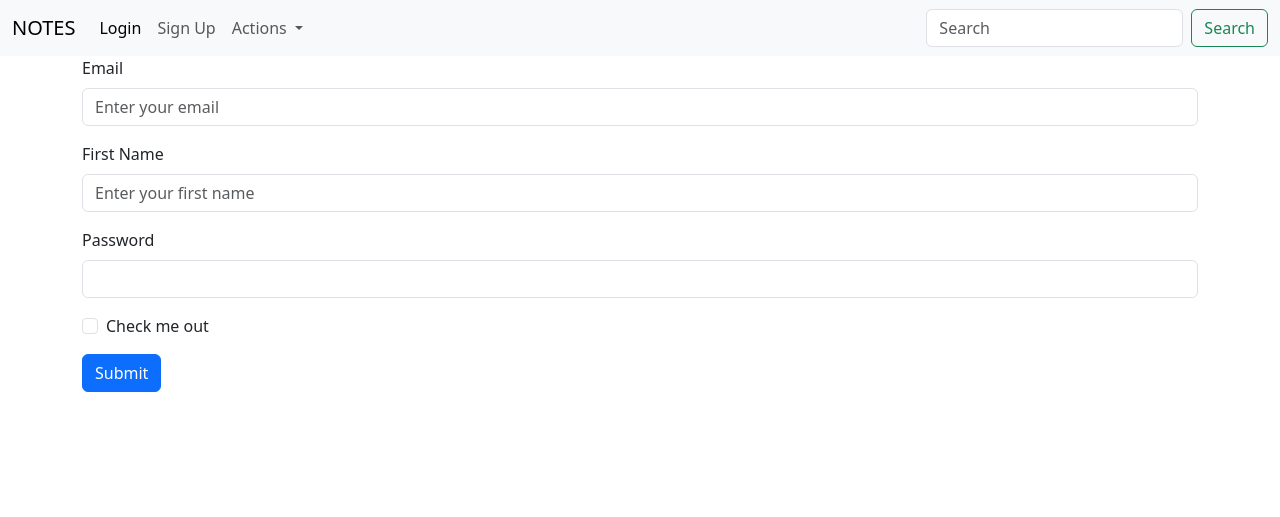
Repository: Qu4ntumGuy/flask-notes
Page: http://localhost/signup
These files come from the project's save history. The page is drawn as it stood at one moment and after the next save; the edit follows.
The browser window is 1280 px wide. The pictures show the whole page.
The page is served by the project's application, run on Flask 3 (website/__init__.py). Other server files are loaded and not shown.

Above is the page before, as saved 2024-05-30 19:19:37.

### website/templates/signup.html
{%extends "index.html" %} {% block title %} Sign Up {% endblock %}

{% block content %}
<form method="post">
    <div class="mb-3">
      <label for="email" class="form-label">Email</label>
      <input type="email" class="form-control" id="email" aria-describedby="emailHelp" name="email" placeholder="Enter your email">
    </div>
    <div class="mb-3">
        <label for="firstName" class="form-label">First Name</label>
        <input type="text" class="form-control" id="firstName" aria-describedby="emailHelp" name="firstName" placeholder="Enter your first name">
      </div>
    <div class="mb-3">
      <label for="exampleInputPassword1" class="form-label">Password</label>
      <input type="password" class="form-control" id="exampleInputPassword1">
    </div>
    <div class="mb-3 form-check">
      <input type="checkbox" class="form-check-input" id="exampleCheck1">
      <label class="form-check-label" for="exampleCheck1">Check me out</label>
    </div>
    <button type="submit" class="btn btn-primary">Submit</button>
  </form>
{% endblock %}

### website/templates/index.html
<!DOCTYPE html>
<html lang="en">
<head>
    <meta charset="UTF-8">
    <meta name="viewport" content="width=device-width, initial-scale=1.0">
    <link rel="stylesheet" href="https://cdn.jsdelivr.net/npm/bootstrap@5.3.3/dist/css/bootstrap.min.css">
    <title>{% block title %} Home {%endblock %} </title>
</head>
<body>
    <nav class="navbar navbar-expand-lg bg-body-tertiary">
        <div class="container-fluid">
          <a class="navbar-brand" href="/">NOTES</a>
          <button class="navbar-toggler" type="button" data-bs-toggle="collapse" data-bs-target="#navbarSupportedContent" aria-controls="navbarSupportedContent" aria-expanded="false" aria-label="Toggle navigation">
            <span class="navbar-toggler-icon"></span>
          </button>
          <div class="collapse navbar-collapse" id="navbarSupportedContent">
            <ul class="navbar-nav me-auto mb-2 mb-lg-0">
              <li class="nav-item">
                <a class="nav-link active" aria-current="page" href="/login">Login</a>
              </li>
              <li class="nav-item">
                <a class="nav-link" href="/signup">Sign Up</a>
              </li>
              <li class="nav-item dropdown">
                <a class="nav-link dropdown-toggle" href="#" role="button" data-bs-toggle="dropdown" aria-expanded="false">
                  Actions
                </a>
                <ul class="dropdown-menu">
                  <li><a class="dropdown-item" href="#">About us</a></li>
                  <li><a class="dropdown-item" href="#">User panel</a></li>
                  <li><hr class="dropdown-divider"></li>
                  <li><a class="dropdown-item" href="/logout">Logout</a></li>
                </ul>
              </li>
              <!-- <li class="nav-item">
                <a class="nav-link disabled" aria-disabled="true">Disabled</a>
              </li> -->
            </ul>
            <form class="d-flex" role="search">
              <input class="form-control me-2" type="search" placeholder="Search" aria-label="Search">
              <button class="btn btn-outline-success" type="submit">Search</button>
            </form>
          </div>
        </div>
      </nav>
      <div class="container">
        {% block content %}
        {% endblock %}
      </div>
    <script src="https://cdn.jsdelivr.net/npm/@popperjs/core@2.11.8/dist/umd/popper.min.js" integrity="sha384-I7E8VVD/ismYTF4hNIPjVp/Zjvgyol6VFvRkX/vR+Vc4jQkC+hVqc2pM8ODewa9r" crossorigin="anonymous"></script>
<script src="https://cdn.jsdelivr.net/npm/bootstrap@5.3.3/dist/js/bootstrap.min.js" integrity="sha384-0pUGZvbkm6XF6gxjEnlmuGrJXVbNuzT9qBBavbLwCsOGabYfZo0T0to5eqruptLy" crossorigin="anonymous"></script>
</body>
</html>

### website/auth.py
from flask import Blueprint, render_template

auth = Blueprint('auth', __name__)


@auth.route('/login')
def login():
    return render_template("login.html")


@auth.route('/signup')
def sign_up():
    return render_template("signup.html")


@auth.route('/logout')
def logout():
    return "<h1>Logout</h1>"

### website/__init__.py
from flask import Flask


def create_app():
    app = Flask(__name__)
    app.config['SECRET_KEY'] = 'randomstring'

    from .view import views
    from .auth import auth

    app.register_blueprint(views, url_prefix='/')
    app.register_blueprint(auth, url_prefix='/')

    return app

After the next save:
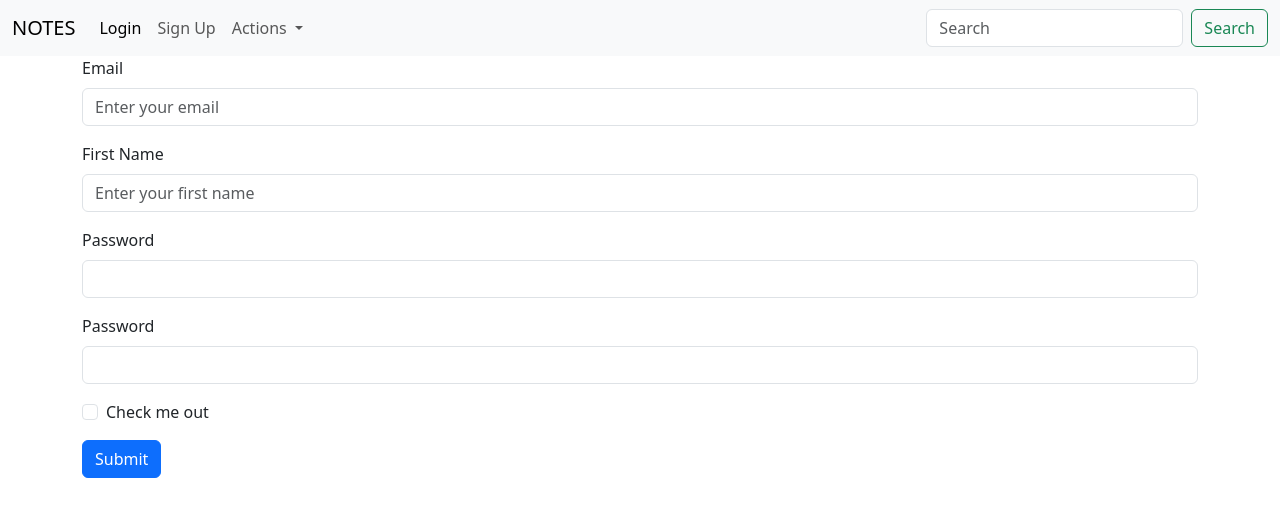
Saved 31 s later.
--- a/website/templates/signup.html
+++ b/website/templates/signup.html
@@ -14,6 +14,10 @@
       <label for="exampleInputPassword1" class="form-label">Password</label>
       <input type="password" class="form-control" id="exampleInputPassword1">
     </div>
+    <div class="mb-3">
+        <label for="exampleInputPassword1" class="form-label">Password</label>
+        <input type="password" class="form-control" id="exampleInputPassword1">
+      </div>
     <div class="mb-3 form-check">
       <input type="checkbox" class="form-check-input" id="exampleCheck1">
       <label class="form-check-label" for="exampleCheck1">Check me out</label>
